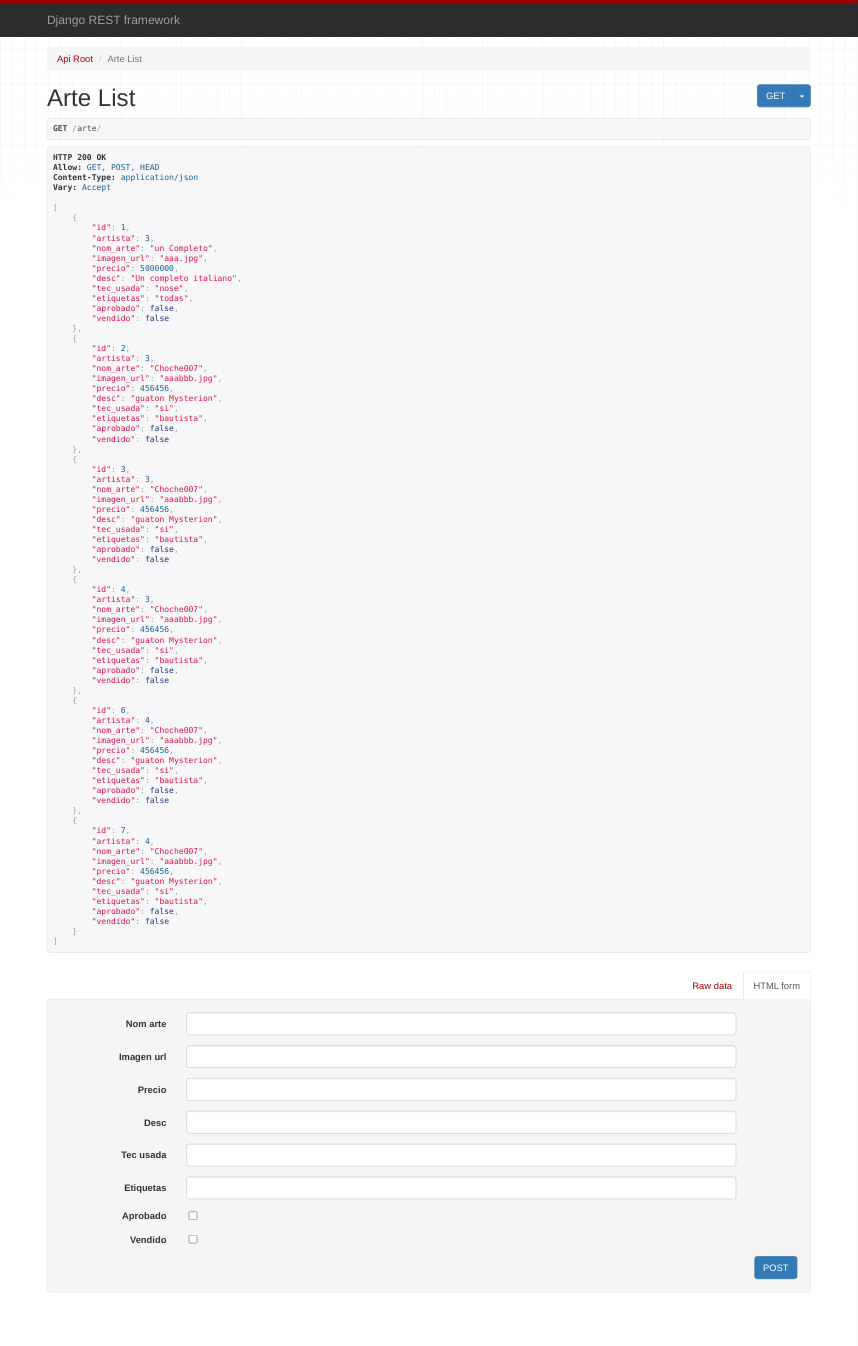
Repository: Eduloco420/django
Page: http://localhost/arte/
The author's editor kept a copy of each file at every save. The page is drawn from the files as they stood at one save, then again after the next save.
The browser window is 1280 px wide. The pictures show the whole page, at 67% of full size.
Backgrounds fixed to the window are drawn as part of the page. The page is served by the project's application, run on Django 5.2 (manage.py). The page reads the database file committed with the project.

Above is the page before, as saved 2024-07-16 14:48:33.

After the next save:
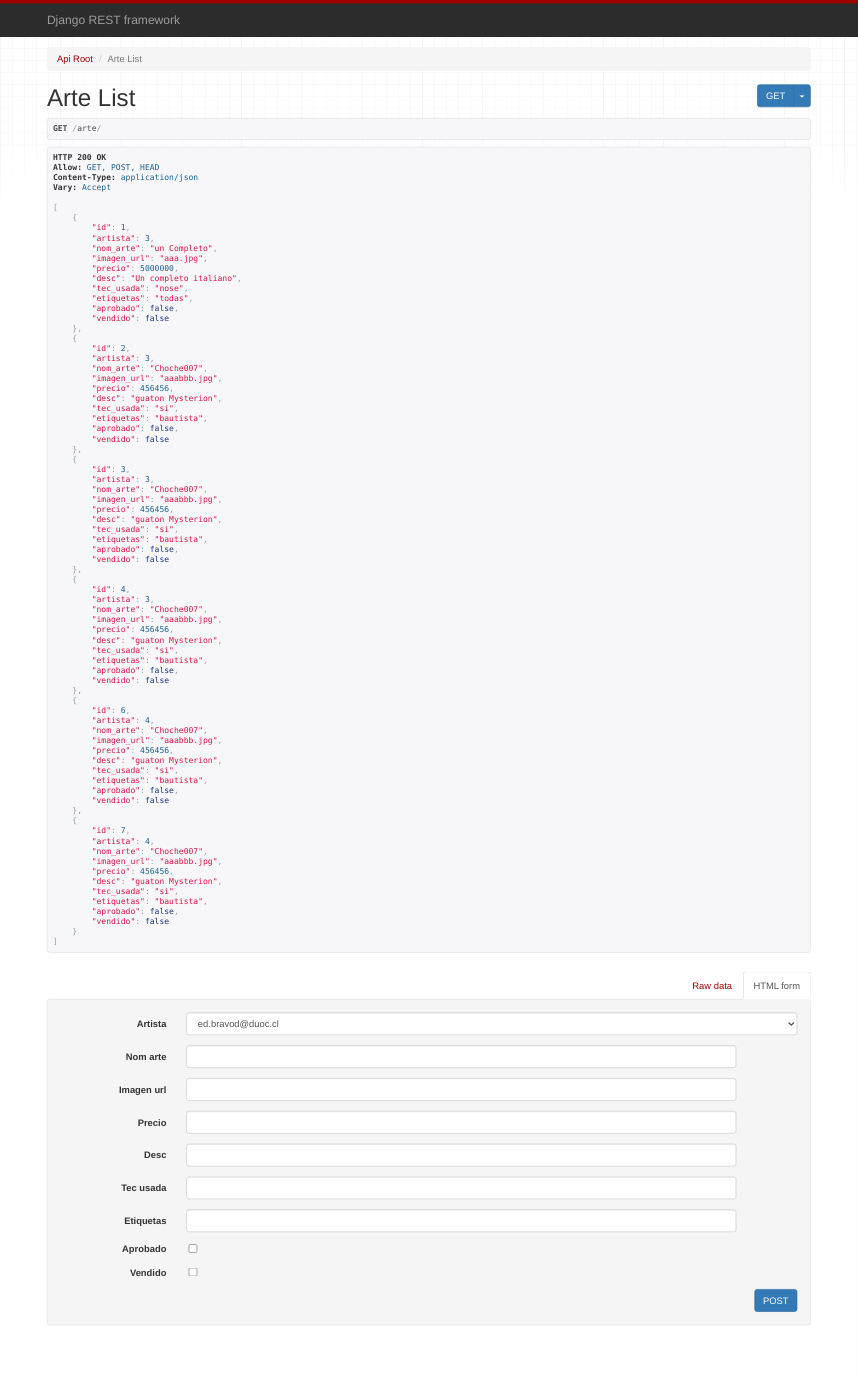
Saved 8 min 40 s later.
--- a/app/serializers.py
+++ b/app/serializers.py
@@ -2,14 +2,17 @@ from rest_framework import serializers
 from .models import *
 
 class usuarioSerializer(serializers.ModelSerializer):
-
     class Meta:
         model = Usuario
         fields = ('id','nom','ap_pat','email','password','desc','pfp','is_staff')
 
 class arteSerializer(serializers.ModelSerializer):
-
     class Meta:
         model = Arte
         fields = ('id','artista','nom_arte','imagen_url','precio','desc','tec_usada','etiquetas','aprobado','vendido')
-        read_only_fields = ('id','artista')
+
+class carritoSerializer(serializers.ModelSerializer):
+
+    class Meta:
+        model = Carrito
+        fields = ('id','usuario')
